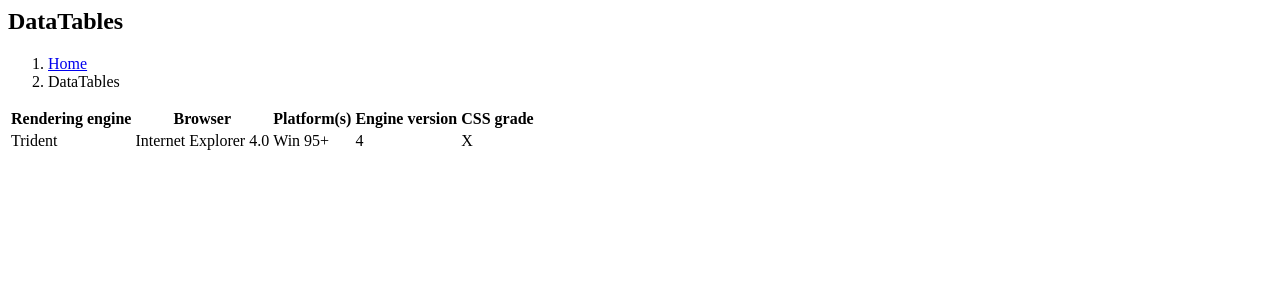
Repository: NguyenTranBaoKhanh/BKShop
Page: http://localhost/App/Views/admin/sanpham/index.php
These files come from the project's save history. The page is drawn as it stood at one moment and after the next save; the edit follows.
The browser window is 1280 px wide. The pictures show the whole page.
The page is run by PHP 8.4 with error messages shown; the project is at /var/www/html/.

Above is the page before, as saved 2021-10-30 22:11:33.

### App/Views/admin/sanpham/index.php
<!-- Content Header (Page header) -->
<section class="content-header">
  <div class="container-fluid">
    <div class="row mb-2">
      <div class="col-sm-6">
        <h1>DataTables</h1>
      </div>
      <div class="col-sm-6">
        <ol class="breadcrumb float-sm-right">
          <li class="breadcrumb-item"><a href="#">Home</a></li>
          <li class="breadcrumb-item active">DataTables</li>
        </ol>
      </div>
    </div>
  </div><!-- /.container-fluid -->
</section>



<!-- Main content -->
<section class="content">
  <div class="container-fluid">
    <div class="row">
      <div class="col-12">
        <div class="card">
          <!-- <div class="card-header">
            <h3 class="card-title">DataTable with minimal features & hover style</h3>
          </div> -->
          <!-- /.card-header -->
          <div class="card-body">
            <table id="example1" class="table table-bordered table-hover">
              <thead>
                <tr>
                  <th>Rendering engine</th>
                  <th>Browser</th>
                  <th>Platform(s)</th>
                  <th>Engine version</th>
                  <th>CSS grade</th>
                </tr>
              </thead>
              <tbody>
                <tr>
                  <td>Trident</td>
                  <td>Internet
                    Explorer 4.0
                  </td>
                  <td>Win 95+</td>
                  <td> 4</td>
                  <td>X</td>
                </tr>
              </tbody>

            </table>
          </div>
          <!-- /.card-body -->
        </div>
        <!-- /.card -->
      </div>
      <!-- /.col -->
    </div>
    <!-- /.row -->
  </div>
  <!-- /.container-fluid -->
</section>
<!-- /.content -->

After the next save:
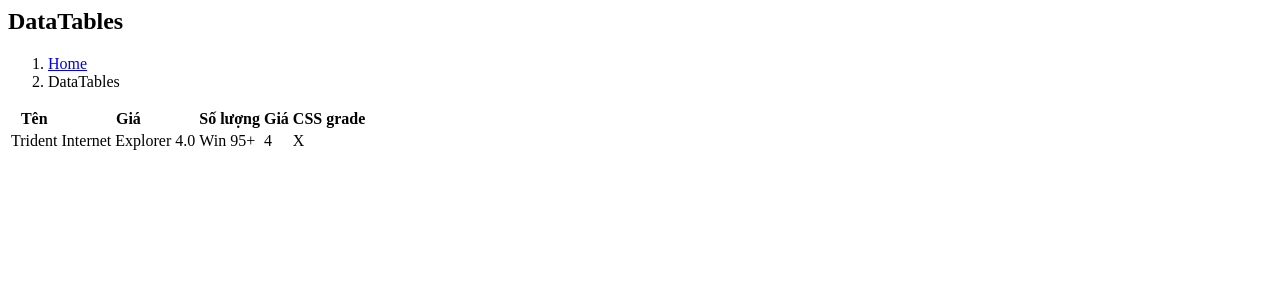
Saved 3 min 25 s later.
--- a/App/Views/admin/sanpham/index.php
+++ b/App/Views/admin/sanpham/index.php
@@ -31,10 +31,10 @@
             <table id="example1" class="table table-bordered table-hover">
               <thead>
                 <tr>
-                  <th>Rendering engine</th>
-                  <th>Browser</th>
-                  <th>Platform(s)</th>
-                  <th>Engine version</th>
+                  <th>Tên</th>
+                  <th>Giá</th>
+                  <th>Số lượng</th>
+                  <th>Giá</th>
                   <th>CSS grade</th>
                 </tr>
               </thead>
